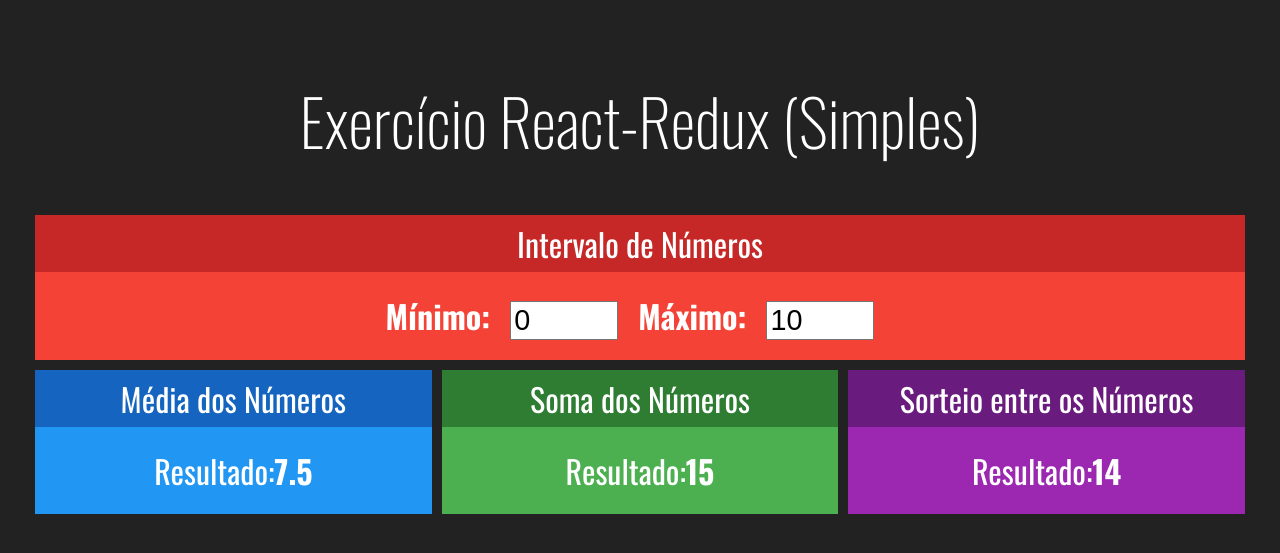
Repository: WellysonP/testando-react-redux
Page: /
These files come from the project's save history. The page is drawn as it stood at one moment and after the next save; the edit follows.
The browser window is 1280 px wide. The pictures show the whole page.
The project was rebuilt for these pictures with package versions that can differ from the ones it lists, and the page was loaded fresh each time.

Above is the page before, as saved 2023-01-13 12:10:15.

After the next save:
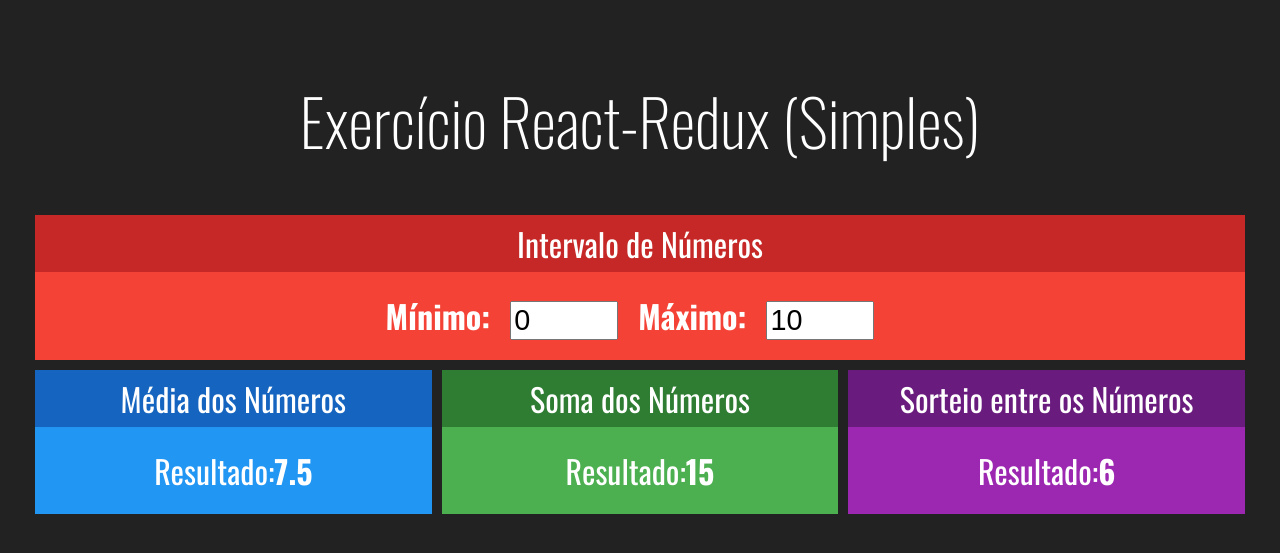
Saved 47 s later.
--- a/src/components/Sorteio.jsx
+++ b/src/components/Sorteio.jsx
@@ -3,7 +3,7 @@ import Card from "./Card"
 
 const Sorteio =  props => {
     const {min, max} = props.numeros
-    const aleatorio = Math.floor(Math.random() * max) + min
+    const aleatorio = (Math.floor(Math.random() * max) + min)%max
     return (
         <Card title="Sorteio entre os Números" purple>
             <div>
